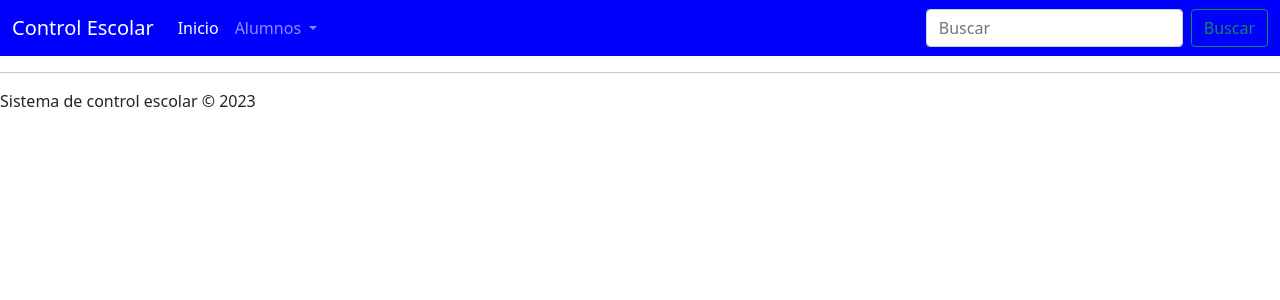
Repository: terrazasjuancarlos/cursoLaravel2-master
Page: http://localhost/alumnos
These files come from the project's save history. The page is drawn as it stood at one moment and after the next save; the edit follows.
The browser window is 1280 px wide. The pictures show the whole page.
The page is served by the project's Laravel application, run on PHP 8.4 with Laravel 10.

Above is the page before, as saved 2023-10-19 18:54:01.

After the next save:
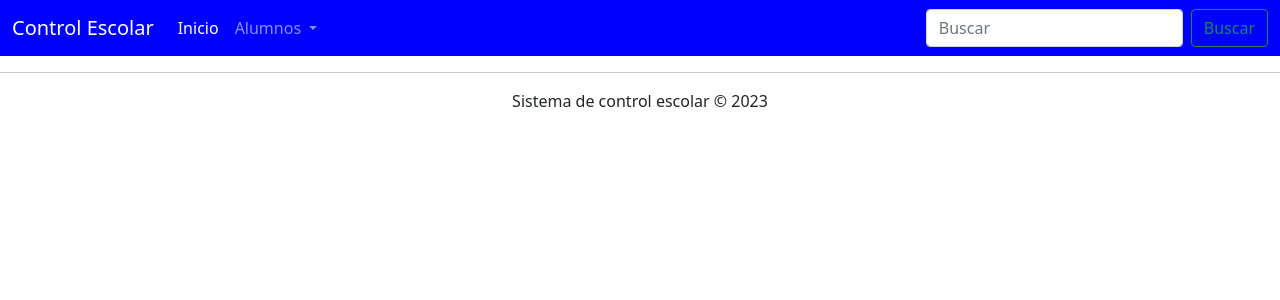
Saved 18 s later.
--- a/resources/views/master.blade.php
+++ b/resources/views/master.blade.php
@@ -49,7 +49,7 @@
         </div>
     </div>
 
-    <footer><hr>
+    <footer class="text-center"><hr>
         Sistema de control escolar &copy; 2023
     </footer>
     <script src="{{ asset('js/bootstrap.js') }}"></script>
